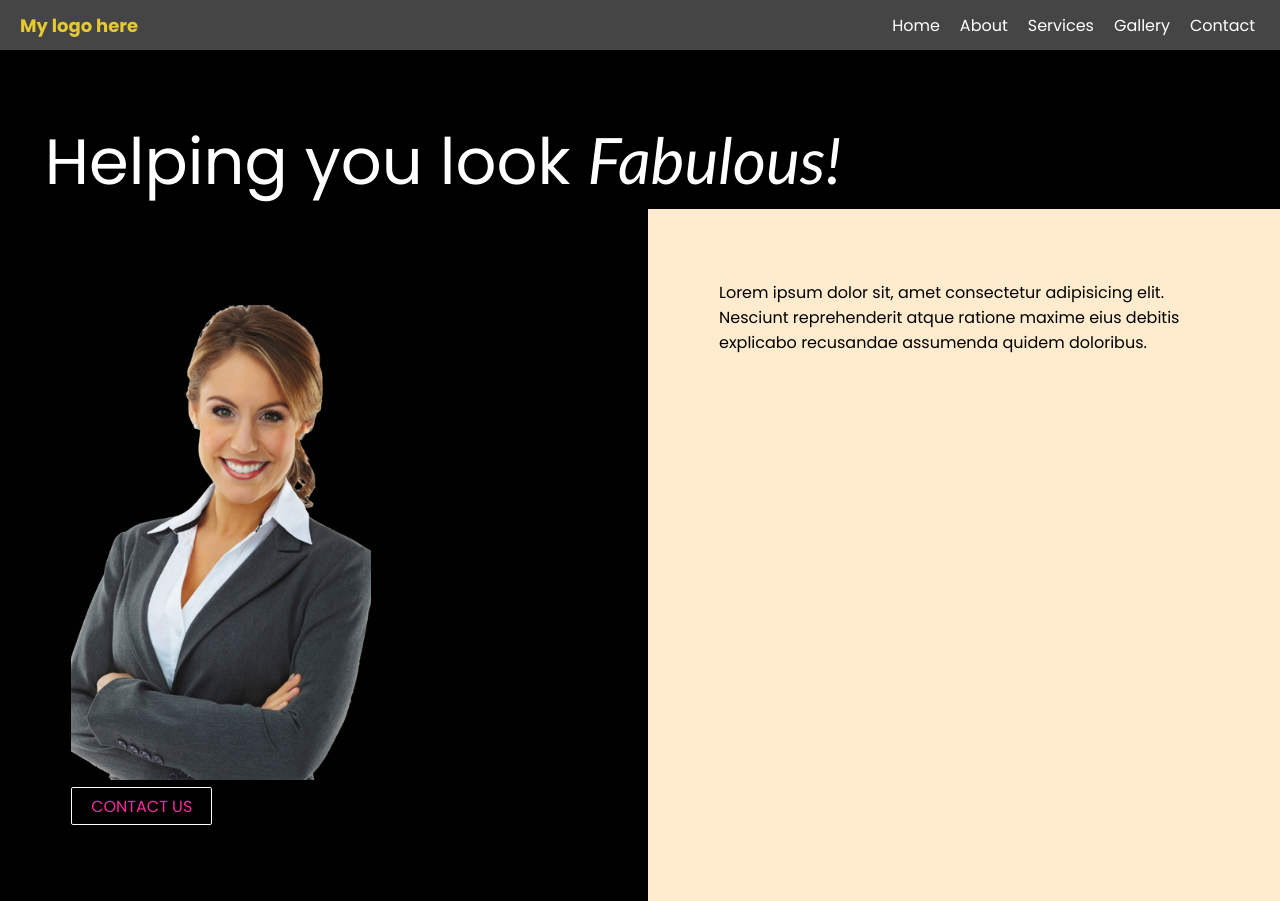
Repository: buzzedison/gardens
Page: index.html
These files come from the project's save history. The page is drawn as it stood at one moment and after the next save; the edit follows.
The browser window is 1280 px wide. The pictures show the whole page.

Above is the page before, as saved 2022-01-12 19:33:27.

After the next save:
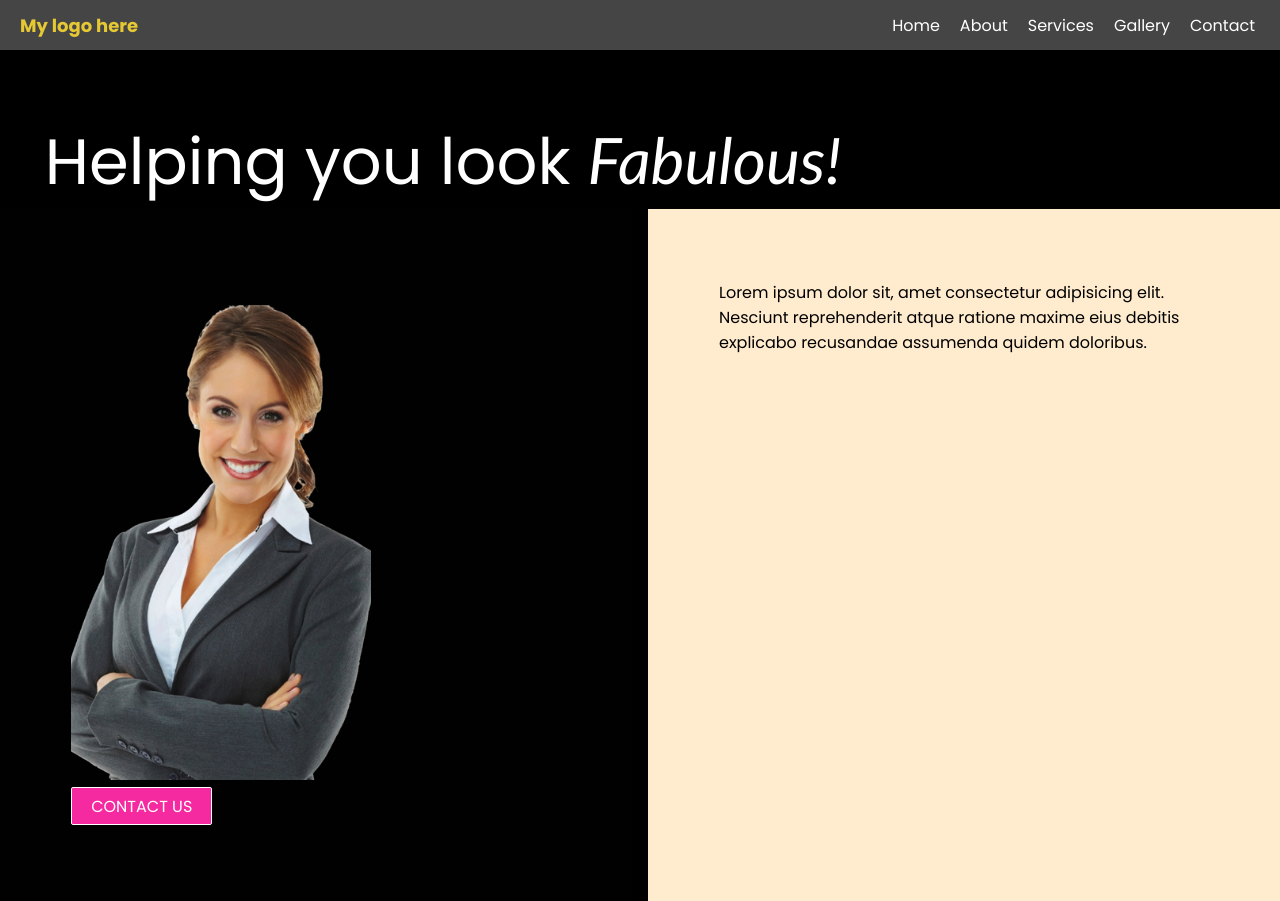
Saved 59 s later.
--- a/css/styles.css
+++ b/css/styles.css
@@ -174,9 +174,10 @@ a.button{
   border-radius:0.12em;
   box-sizing: border-box;
   text-decoration:none;
+  background-color:#F62AA0;
 
   font-weight:300;
-  color:#F62AA0;
+  color:#FFFFFF;
   text-align:center;
   transition: all 0.2s;
   }
